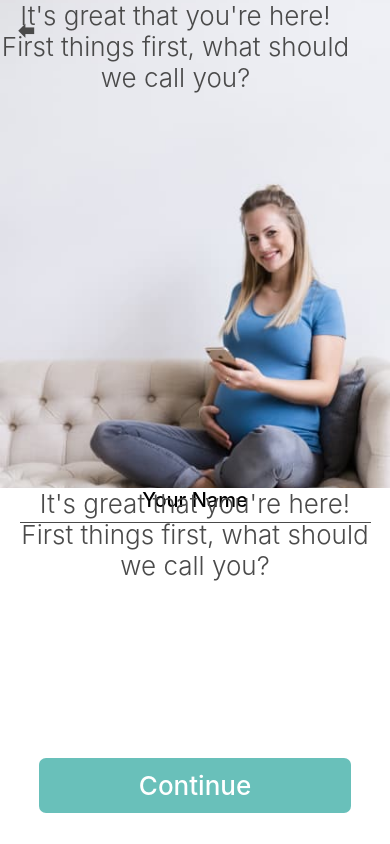
Repository: pheonixlegend/keleya
Screen: /Name
The author's editor kept a copy of each file at every save. The screen is drawn from the files as they stood at one save, then again after the next save.
The app was drawn by React Native's web renderer in a window 390 px wide. The project was rebuilt for these pictures with package versions that can differ from the ones it lists, and the page was loaded fresh each time. Also part of the build but not shown: components/ImageHeader.tsx, components/LoginSignupDetails.tsx, screens/SignUp.tsx, screens/SignIn.tsx, screens/Date.tsx, screens/Workout.tsx, screens/Success.tsx.

Above is the screen before, as saved 2021-10-10 13:24:05.

After the next save:
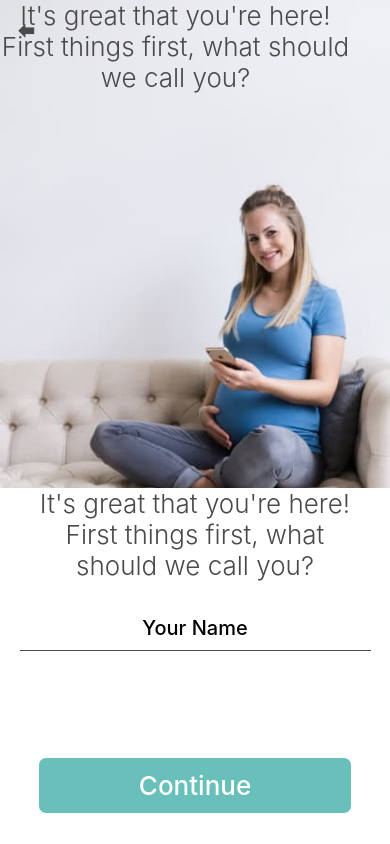
Saved 8 s later.
--- a/components/NameTimeDetails.tsx
+++ b/components/NameTimeDetails.tsx
@@ -46,10 +46,7 @@ const styles = StyleSheet.create({
     width: '90%',
     fontWeight: "300",
     color: "#4a4a4a",
-    paddingBottom: '10%',
-    position: 'absolute',
-    top: 0,
-    flex: 1
+    paddingBottom: '10%'
   },
 
   titleText: {
